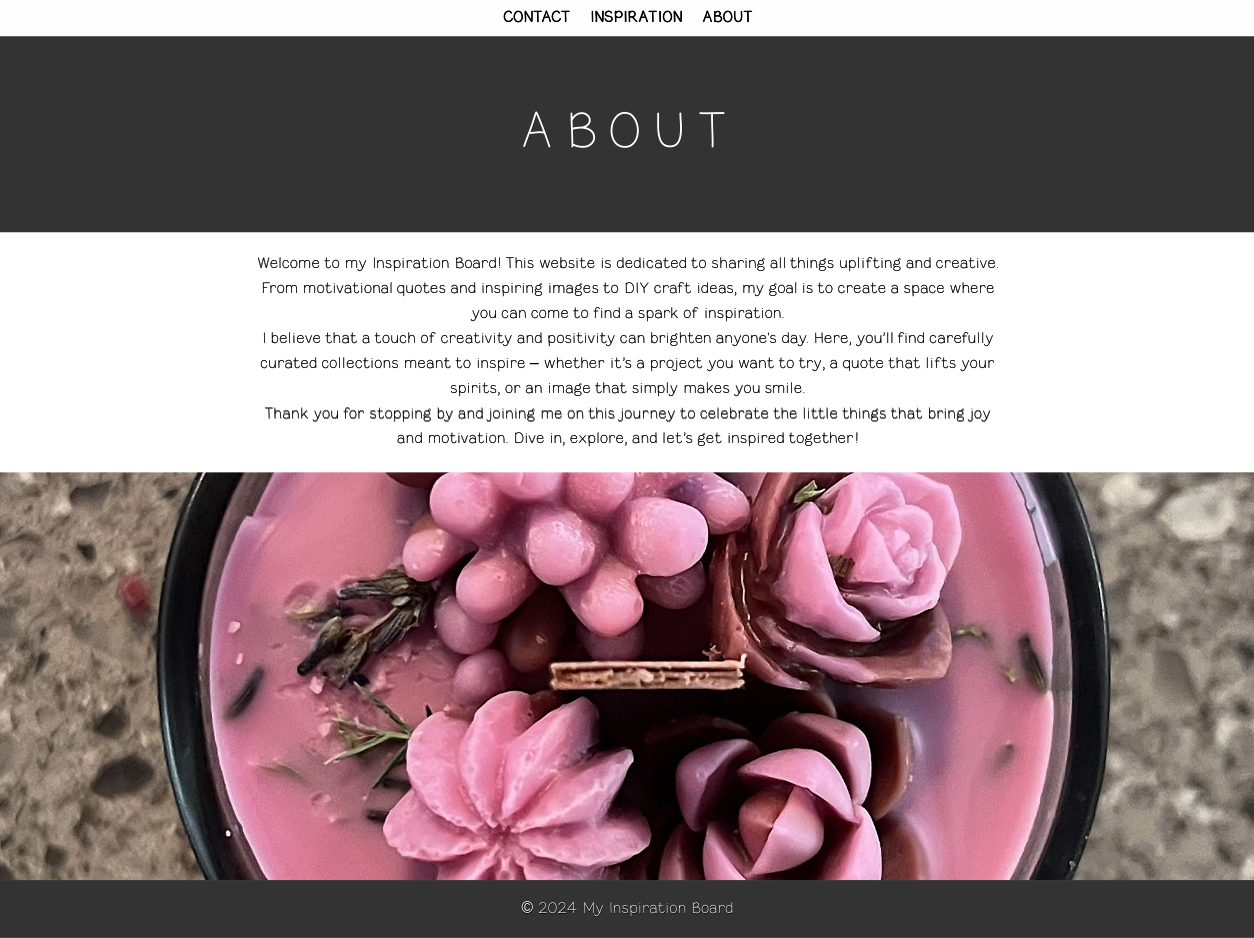
Repository: Brittany-Westlund/MART341-WebDesign
Page: WebDesignHomework/Assignment11/about.html
An editor plug-in stored every save of this project. The page is shown before and after the next save, followed by the edit.
The browser window is 1280 px wide. The pictures show the whole page, at 98% of full size.

Above is the page before, as saved 2024-11-03 20:22:52.

After the next save:
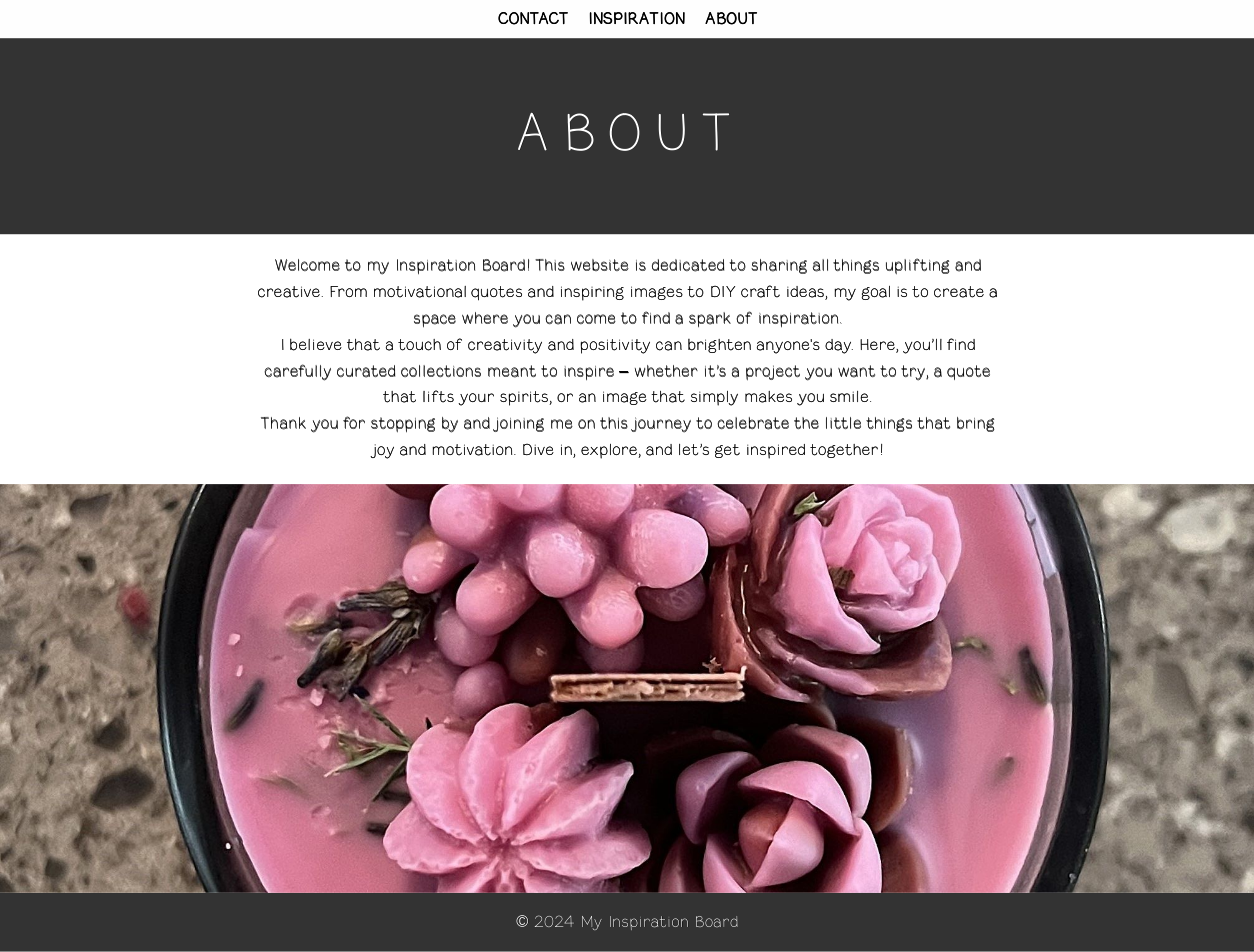
Saved 73 s later.
--- a/WebDesignHomework/Assignment11/style/style.css
+++ b/WebDesignHomework/Assignment11/style/style.css
@@ -16,6 +16,7 @@
 body {
     font-family: 'Kitten', sans-serif; /* Falls back to sans-serif if font fails to load */
     text-shadow: 0.3px 0.3px 0 #000; /* Creates a thin shadow outline */
+    font-size: 1.05em; /* Slightly increase font size to give a bolder effect */
 }
 
 /* Navigation styling */
